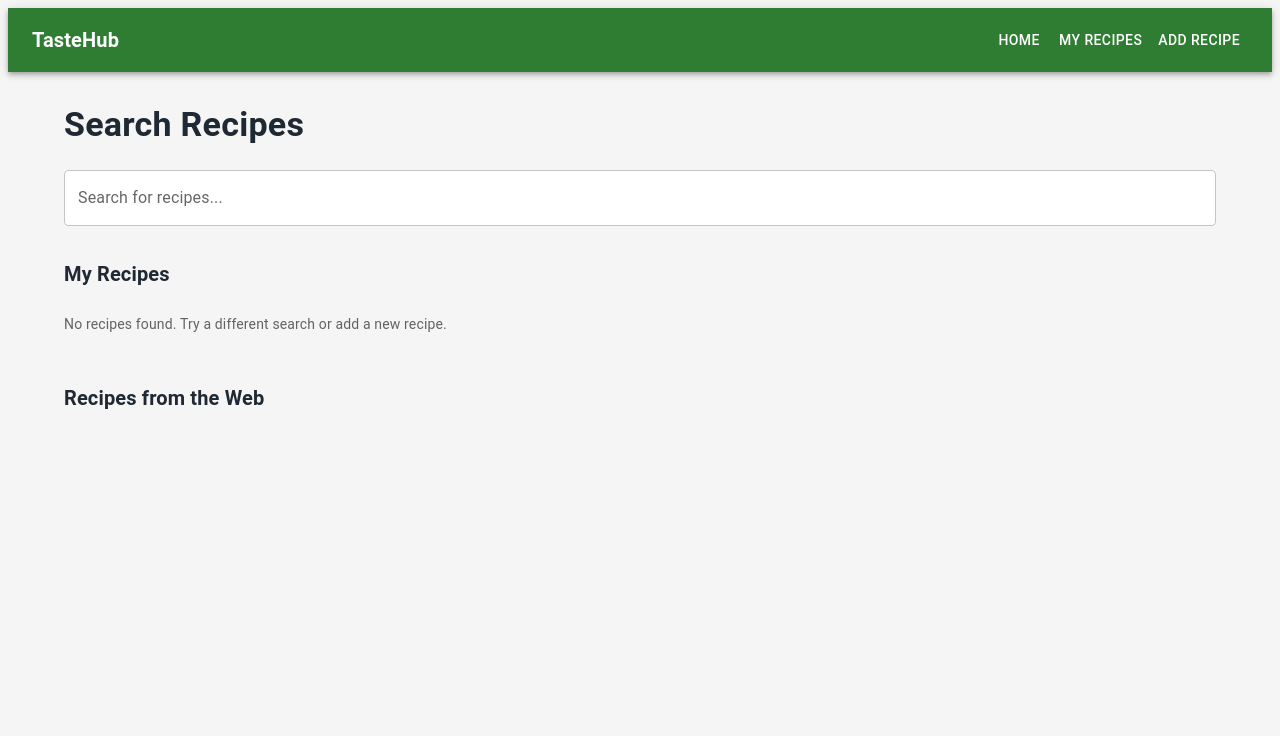
Repository: PabloVega7/TasteHub-Milestone03
Page: /
The author's editor kept a copy of each file at every save. The page is drawn from the files as they stood at one save, then again after the next save.
The browser window is 1280 px wide. The pictures show the whole page.
The page's requests for data from a server got no answer. The project was rebuilt for these pictures with package versions that can differ from the ones it lists, and the page was loaded fresh each time. No one was signed in, and anything a server would have sent is missing. Also part of the build but not shown: vite.config.js, src/components/RecipeCard.jsx, src/pages/RecipeDetails.jsx, src/pages/MyRecipes.jsx, src/pages/AddRecipe.jsx, src/pages/EditRecipe.jsx.

Above is the page before, as saved 2025-11-29 16:00:56.

After the next save:
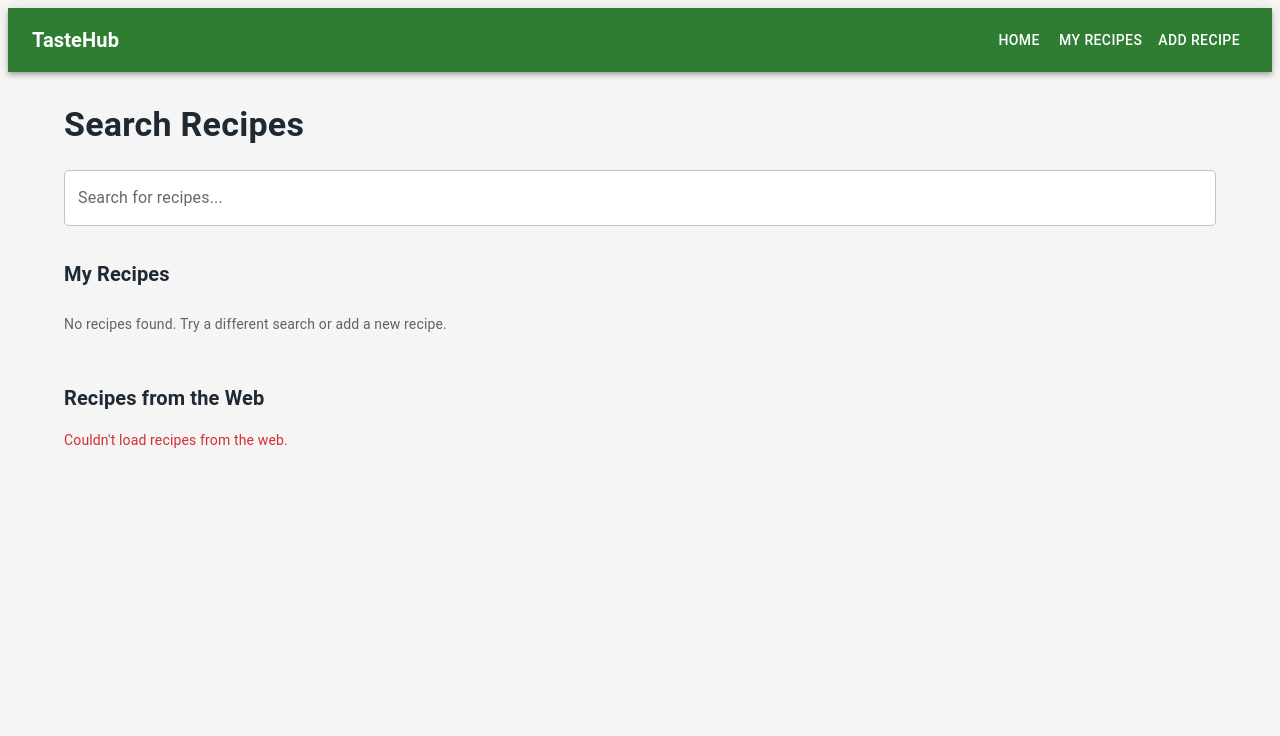
Saved 15 s later.
--- a/src/components/WebRecipes.jsx
+++ b/src/components/WebRecipes.jsx
@@ -1,39 +1,70 @@
-import { useState, useEffect } from "react";
+// src/components/WebRecipes.jsx
+import { useEffect, useState } from "react";
+import { Grid, Typography } from "@mui/material";
 import RecipeCard from "./RecipeCard";
 
 export default function WebRecipes() {
-  const [results, setResults] = useState([]);
+  const [webRecipes, setWebRecipes] = useState([]);
+  const [error, setError] = useState(null);
 
   useEffect(() => {
-    async function fetchData() {
+    async function load() {
       try {
+        // Simple example: fetch some pasta meals from TheMealDB
         const res = await fetch(
-          "https://www.themealdb.com/api/json/v1/1/search.php?s=chicken"
+          "https://www.themealdb.com/api/json/v1/1/search.php?s=pasta"
         );
         const data = await res.json();
 
-        if (data.meals) {
-          setResults(
-            data.meals.slice(0, 6).map((meal) => ({
-              id: meal.idMeal,
-              title: meal.strMeal,
-              image: meal.strMealThumb,
-            }))
-          );
+        if (data?.meals) {
+          const mapped = data.meals.slice(0, 3).map((meal) => ({
+            id: meal.idMeal,
+            title: meal.strMeal,
+            image: meal.strMealThumb,
+            // Direct user to the external meal page
+            url: `https://www.themealdb.com/meal/${meal.idMeal}`,
+          }));
+          setWebRecipes(mapped);
+        } else {
+          setWebRecipes([]);
         }
       } catch (err) {
-        console.error("API error", err);
+        console.error(err);
+        setError("Couldn't load recipes from the web.");
       }
     }
 
-    fetchData();
+    load();
   }, []);
 
+  if (error) {
+    return (
+      <Typography variant="body2" color="error">
+        {error}
+      </Typography>
+    );
+  }
+
+  if (!webRecipes.length) {
+    return (
+      <Typography variant="body2" color="text.secondary">
+        Loading recipes from the web...
+      </Typography>
+    );
+  }
+
   return (
-    <div style={{ display: "flex", gap: "1rem", flexWrap: "wrap" }}>
-      {results.map((r) => (
-        <RecipeCard key={r.id} id={r.id} title={r.title} image={r.image} />
+    <Grid container spacing={3}>
+      {webRecipes.map((recipe) => (
+        <Grid item xs={12} sm={6} md={4} key={recipe.id}>
+          <RecipeCard
+            id={recipe.id}
+            title={recipe.title}
+            image={recipe.image}
+            externalUrl={recipe.url}
+          />
+        </Grid>
       ))}
-    </div>
+    </Grid>
   );
 }
